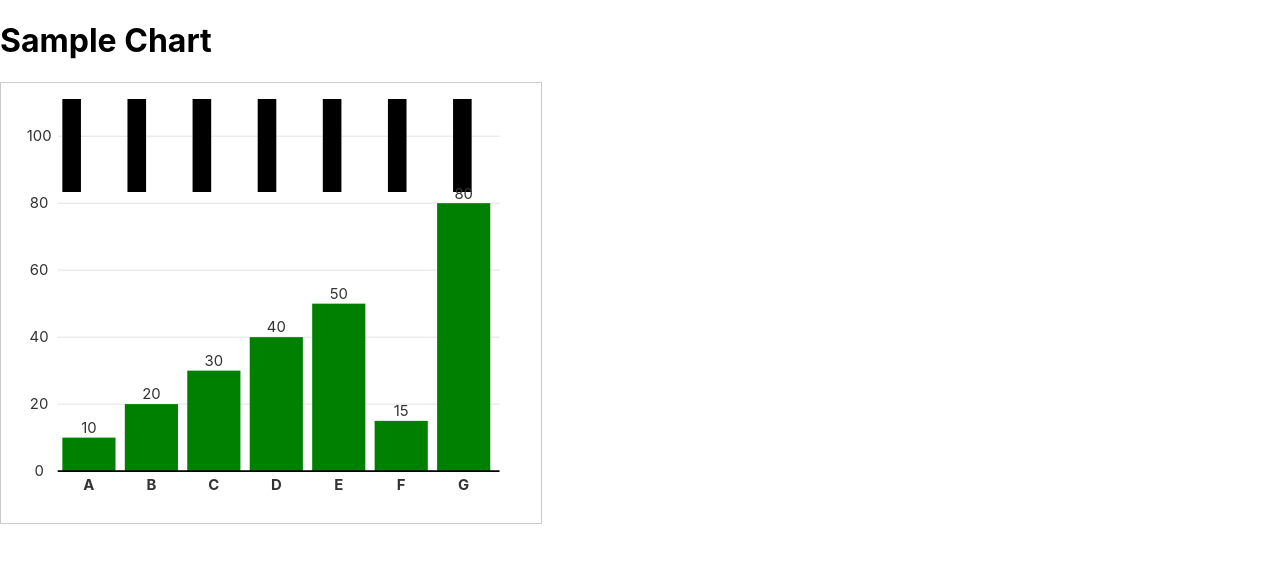
Repository: CaptainJang316/GChart
Page: /
An editor plug-in stored every save of this project. The page is shown before and after a run of saves, followed by the edit.
The browser window is 1280 px wide. The pictures show the whole page.
The project was rebuilt for these pictures with package versions that can differ from the ones it lists, and the page was loaded fresh each time. Also part of the build but not shown: src/App.css.

Above is the page before, as saved 2024-11-09 17:18:11.

### src/App.tsx
/* eslint-disable */
import React from 'react';
import './App.css';
import BarChart from './components/Chart/BarChart';
import { Option } from './Model/Option';

function App() {
  const sampleOption: Option = {
    type: 'bar',
    data: [
      { label: 'A', value: 10 },
      { label: 'B', value: 20 },
      { label: 'C', value: 30 },
      { label: 'D', value: 40 },
      { label: 'E', value: 50 },
      { label: 'F', value: 15 },
      { label: 'G', value: 80 },
    ],
    layout: {
      width: 500,
      height: 400,
      axisCnt: 5
    },
    style: {
      color: "green"
    },
    tooltip: true,
    label:  {
      show: true,
      position: 'mid'
    }
  };

  return (
    <div>
      <h1>Sample Chart</h1>
      {/* 차트의 border 없애고, X,Y 축에 대한 컴포넌트들로 더 큰 바운더리 구현해야 함. */}
      {/* => ㄴㄴ. 그냥 단일 SVG로 구현하는 게 훨씬 좋음. */}

      <div className="chart-wrapper">
        <BarChart {...sampleOption}/>
      </div>
    </div>
  );
}

export default App;

### src/components/Chart/BarChart.tsx
/* eslint-disable */
import React from 'react';
import { useAxis } from '../Axis/useAxis';
import { useGrid } from '../Grid/useGrid';
import { Option } from '../../Model/Option';

// interface ChartProps {
//     data: { label: string, value: number }[];
//     width?: number;
//     height?: number;
//     color?: string;
//     axisCnt?: number;
// };

const BarChart: React.FC<Option> = ({
    data,
    title,
    layout: {
        width = 400,
        height = 300,
        axisCnt = 8,
    },
    style: {
        color = '#4A90E2',
    },
    tooltip = true
}) => {
    const values = data.map(item => item.value);
    const {xAxis, yAxis, scales} = useAxis({data: values, width: width, height: height, axisCnt: axisCnt});
    const {gridLines} = useGrid({data: values, scales, width, height, horizontalLineCnt: axisCnt});

    const maxValue = Math.max(...data.map(d => d.value));
    const barWidth = (width - 30) / data.length;
    // const yTicks = 10;
    // const tickValues = Array.from({ length: yTicks }, (_, i) => (maxValue / yTicks) * i);

    return (
        // svg 요소 안에, 차트를 그린다.
        <div style={{ display: 'inline-block', width: `${width}px`, height: `${height}px`}}>
            <svg width='100%' height='100%' viewBox={`0 0 ${width} ${height + 30}`} style={{ border: '1px solid #ccc', padding: '1rem 1.5rem 1.5rem 1rem'}}>
                {
                    title?
                    <g className='title-layer'>
                        <h3>{title.text}</h3>
                        {title.subTitle? <h5>{title.subTitle}</h5> : ''}
                    </g> : ''
                }
                <g className='grid-layer'>
                    {gridLines.horizontal.map((el: { id: React.Key | null | undefined; x1: number ; y1: number ; x2: number ; y2: number; }, index: number) => (
                        <line
                            key={el.id}
                            x1={el.x1}
                            y1={el.y1}
                            x2={el.x2}
                            y2={el.y2}
                            stroke="#e0e0e0"
                            // strokeDasharray="4 4"
                            strokeWidth={1}
                        />
                    ))}
                    {gridLines.vertical.map((el: { id: React.Key | null | undefined; x1: number ; y1: number ; x2: number ; y2: number; }, index: number) => (
                        <line
                            key={el.id}
                            x1={el.x1}
                            y1={0}
                            x2={el.x2}
                            y2={100}
                            stroke="black"
                            // strokeDasharray="4 4"
                            strokeWidth={20}
                        />
                    ))}
                </g>

                <g className='axis-layer'>
                    {yAxis.ticks.map((tick) => (
                        <text
                            x={5}
                            y={tick.position}
                            textAnchor="middle"
                            // fontSize="10"
                            fill="#333"
                        >
                        {tick.value}
                        </text>
                    ))}
                </g>

                <g className='chart-layer' style={{ marginLeft: '1rem' }}>
                    {data.map((d, i) => {
                        const barHeight = height - scales.yScale(d.value);
                        return (
                            // g는 svg 요소 내에 사용되는 것.
                            // svg에서 그룹을 만드는 역할을 한다.
                            // trangform은 그룹의 위치를 변환하는 데 사용됨.
                            // translate(${i * barWidth}, ${height - barHeight}) <- x축, y축 이동 정도 지정

                            <g key={i} transform={`translate(${i * barWidth}, ${height - barHeight})`}>
                                <rect
                                    width={barWidth - 10}
                                    height={barHeight}
                                    fill={color}
                                    x={30}
                                    y={0}
                                />
                                <text
                                    x={barWidth / 2 + 25}
                                    y={-5}
                                    textAnchor="middle"
                                    // fontSize="10"
                                    fill="#333"
                                >
                                    {d.value}
                                </text>
                            </g>
                        );
                    })}
                </g>

                <g className='bottom-layer'>
                    <line
                        x1={25}
                        y1={height}
                        x2={width}
                        y2={height}
                        stroke="black"
                        // strokeDasharray="4 4"
                        strokeWidth={2}
                    />
                </g>
                <g className='label-layer'>
                    {data.map((d, i) => {
                        let currX = barWidth * i;
                        return (
                            <text
                            x={currX + barWidth / 2 + 25}
                            y={height + 20}
                            textAnchor="middle"
                            // fontSize="12"
                            fontWeight="bold"
                            fill="#333"
                        >
                            {d.label}
                        </text>
                        );
                    })}
                </g>
            </svg>
        </div>
    );
};

export default BarChart;

### src/components/Axis/useAxis.ts
/* eslint-disable */
import { useMemo } from 'react';
import { scaleLinear } from 'd3-scale';

interface AxisProps {
    data: number[];
    width: number;
    height: number;
    axisCnt?: number;
    horizontalPadding?: number; // 좌우 패딩
    topPadding?: number; // 위쪽 패딩
}

export const useAxis = ({
    data,
    width,
    height,
    axisCnt = 6,
    horizontalPadding = 40,
    topPadding = 40
}: AxisProps) => {
    const scales = useMemo(() => {
        // X축 스케일 설정
        const xScale = scaleLinear()
            .domain([0, data.length - 1])
            .range([horizontalPadding, width - horizontalPadding]);

        // Y축 스케일 설정
        const maxValue = Math.max(...data);
        const yMaxValue = getAppropriateMaxValue(maxValue);

        const yScale = scaleLinear()
            .domain([0, yMaxValue])
            // 위쪽 패딩만 적용하고 아래쪽은 height 값 그대로 사용
            .range([height, topPadding]); // -1을 해서 baseline에 정확히 맞춤

        return { xScale, yScale };
    }, [data, width, height, horizontalPadding, topPadding]);

    const xAxis = useMemo(() => {
        return {
            ticks: data.map((_, index) => ({
                value: index,
                position: scales.xScale(index)
            }))
        };
    }, [scales.xScale, data]);

    const yAxis = useMemo(() => {
        const ticks = scales.yScale.ticks(axisCnt);
        return {
            ticks: ticks.map(tick => ({
                value: tick,
                position: scales.yScale(tick) + 5
            }))
        };
    }, [scales.yScale, axisCnt]);

    return { xAxis, yAxis, scales };
};

// 적절한 최대값을 계산하는 헬퍼 함수
function getAppropriateMaxValue(maxValue: number): number {
    const magnitude = Math.pow(10, Math.floor(Math.log10(maxValue)));
    const normalized = maxValue / magnitude;

    if (normalized <= 1) return magnitude;
    if (normalized <= 2) return 2 * magnitude;
    if (normalized <= 5) return 5 * magnitude;
    return 10 * magnitude;
}

### src/components/Grid/useGrid.ts
/* eslint-disable */
import { useMemo } from 'react';

interface GridProps {
    data: number[],
    scales: {
        xScale: any;
        yScale: any;
    },
    width: number,
    height: number
    horizontalLineCnt: number;
}

export const useGrid = ({data, scales, width, height, horizontalLineCnt}: GridProps) => {
    const gridLines = useMemo(() => {
        const vertical = scales.xScale.ticks(data.length - 1).map((tick: number) => {
            console.log('scales.xScale(tick) * width: ' + scales.xScale(tick) * width);
            return (
                {
                    id: `x-${tick}`,
            x1: scales.xScale(tick),
            y1: 0,
            x2: scales.xScale(tick),
            y2: height,
                }
            )
        });

        const horizontal = scales.yScale.ticks(horizontalLineCnt).map((tick: number) => ({
            id: `y-${tick}`,
            x1: 25,
            y1: scales.yScale(tick),
            x2: width,
            y2: scales.yScale(tick)
        }));

        return {vertical, horizontal};
    }, [scales, width, height]);

    return { gridLines };
}

Loaded but not shown: public/index.html (common file); src/index.tsx (common file); src/index.css (common file); src/reportWebVitals.ts (common file)

After the next 2 saves:
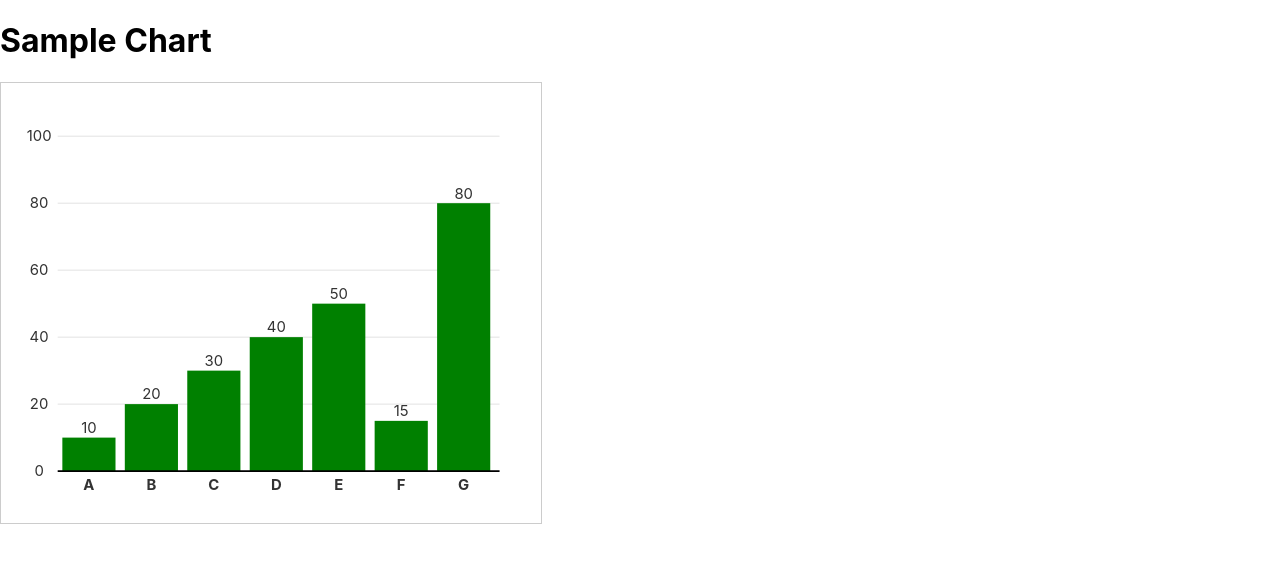
The 2 saves are shown as one change because they came seconds apart.
The last was saved 19 s later.
--- a/src/components/Grid/useGrid.ts
+++ b/src/components/Grid/useGrid.ts
@@ -14,18 +14,13 @@
 
 export const useGrid = ({data, scales, width, height, horizontalLineCnt}: GridProps) => {
     const gridLines = useMemo(() => {
-        const vertical = scales.xScale.ticks(data.length - 1).map((tick: number) => {
-            console.log('scales.xScale(tick) * width: ' + scales.xScale(tick) * width);
-            return (
-                {
-                    id: `x-${tick}`,
-            x1: scales.xScale(tick),
+        const vertical = scales.xScale.ticks(data.length - 1).map((tick: number) => ({
+            id: `x-${tick}`,
+            x1: scales.xScale(tick) * width,
             y1: 0,
-            x2: scales.xScale(tick),
+            x2: scales.xScale(tick) * width,
             y2: height,
-                }
-            )
-        });
+        }));
 
         const horizontal = scales.yScale.ticks(horizontalLineCnt).map((tick: number) => ({
             id: `y-${tick}`,

After the 2 saves that followed:
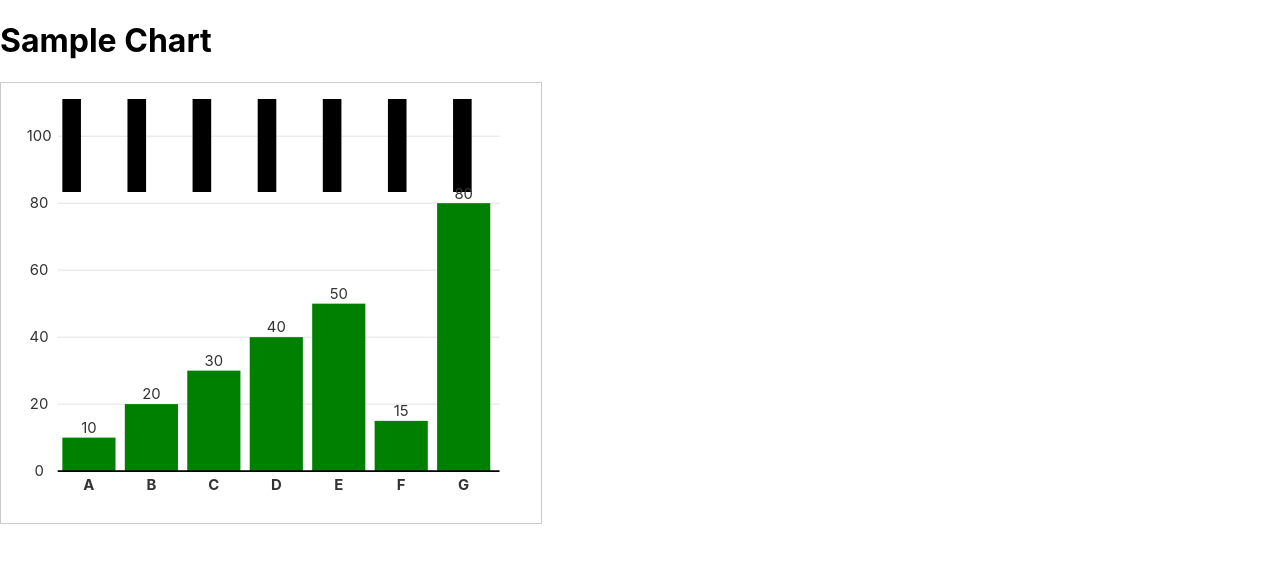
The 2 saves are shown as one change because they came seconds apart.
The last was saved 7 s later.
--- a/src/components/Grid/useGrid.ts
+++ b/src/components/Grid/useGrid.ts
@@ -16,9 +16,9 @@
     const gridLines = useMemo(() => {
         const vertical = scales.xScale.ticks(data.length - 1).map((tick: number) => ({
             id: `x-${tick}`,
-            x1: scales.xScale(tick) * width,
+            x1: scales.xScale(tick),
             y1: 0,
-            x2: scales.xScale(tick) * width,
+            x2: scales.xScale(tick),
             y2: height,
         }));
 
